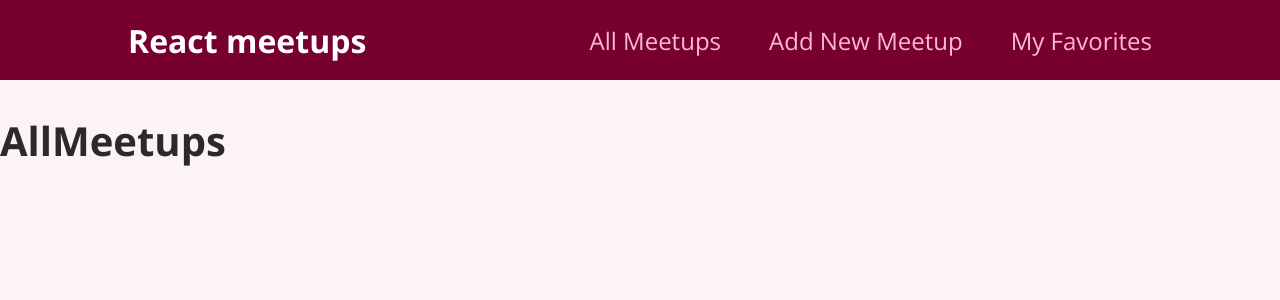
Repository: peterclermy232/React-simple-project
Page: /
An editor plug-in stored every save of this project. The page is shown before and after the next save, followed by the edit.
The browser window is 1280 px wide. The pictures show the whole page.
The project was rebuilt for these pictures with package versions that can differ from the ones it lists, and the page was loaded fresh each time. Also part of the build but not shown: src/Pages/NewMeetups.js, src/Pages/Favorites.js.

Above is the page before, as saved 2022-01-18 09:27:03.

After the next save:
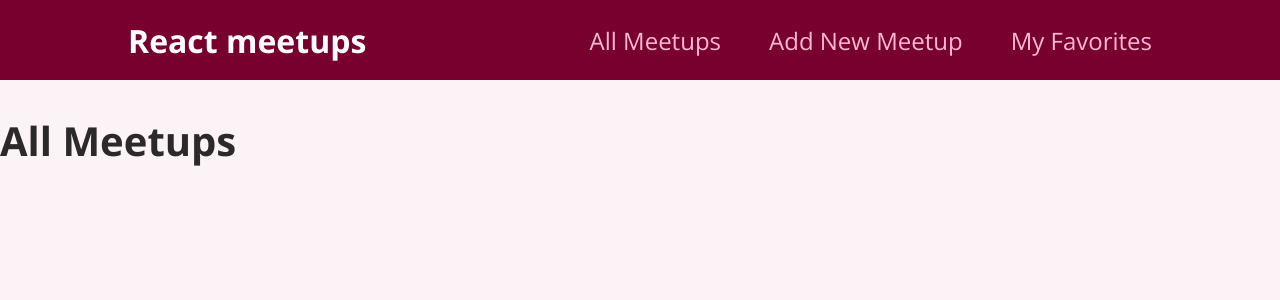
Saved 4 s later.
--- a/src/Pages/AllMeetups.js
+++ b/src/Pages/AllMeetups.js
@@ -22,7 +22,7 @@ const DUUMY_DATA =[
 function AllMeetupsPage() {
     return (
         <section>
-            <h1>AllMeetups</h1>
+            <h1>All Meetups</h1>
         </section>
     )
 }
